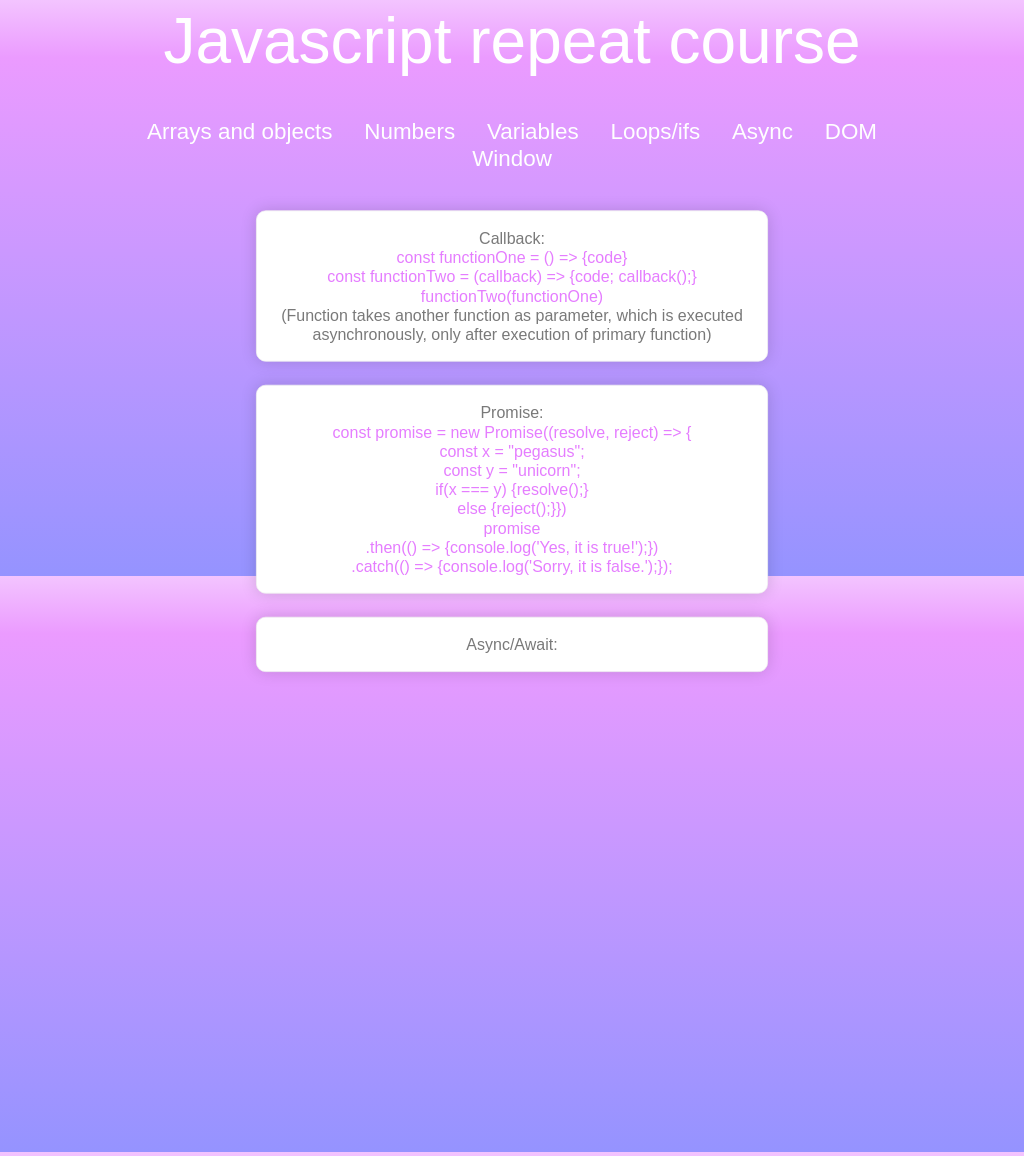
Repository: michalgornicki/javascript
Page: /#/Async
The author's editor kept a copy of each file at every save. The page is drawn from the files as they stood at one save, then again after the next save.
The browser window is 1280 px wide. The pictures show the whole page, at 80% of full size.
Backgrounds fixed to the window are drawn as part of the page. The project was rebuilt for these pictures with package versions that can differ from the ones it lists, and the page was loaded fresh each time. Also part of the build but not shown: src/index.css, src/components/arrays.jsx, src/components/variables.jsx, src/components/numbers.jsx, src/components/loops.jsx, src/components/DOM manipulation.jsx, src/components/window.jsx.

Above is the page before, as saved 2022-02-04 12:45:42.

### src/App.jsx
import React from "react";
import "./App.css";
import "bootstrap/dist/css/bootstrap.min.css";
import { Route, HashRouter as Router, Routes, Link } from "react-router-dom";
import Arrays from "./components/arrays.jsx"
import Variables from "./components/variables.jsx"
import Numbers from "./components/numbers.jsx"
import Loops from "./components/loops.jsx"
import Async from "./components/async.jsx"
import DOM from "./components/DOM manipulation.jsx"
import Window from "./components/window.jsx"

function App() {


  return (


    <Router>
    <div className="text-center">
      <div className="display-1 mt-1 mb-5 text-white">Javascript repeat course</div>

      <div className="h3 d-flex w-75 m-auto my-5 justify-content-evenly flex-wrap text-white">

      <Link className="link-style mx-3" to="/">Arrays and objects</Link>
      <Link className="link-style mx-3" to="/Numbers">Numbers</Link>
      <Link className="link-style mx-3" to="/Variables">Variables</Link>
      <Link className="link-style mx-3" to="/Loops">Loops/ifs</Link>
      <Link className="link-style mx-3" to="/Async">Async</Link>
      <Link className="link-style mx-3" to="/DOM">DOM</Link>
      <Link className="link-style mx-3" to="/Window">Window</Link>


      </div>

      <Routes>
          <Route path="/" element={<Arrays />} />
          <Route path="/Numbers" element={<Numbers />} />
          <Route path="/Variables" element={<Variables />} />
          <Route path="/Loops" element={<Loops />} />
          <Route path="/Async" element={<Async />} />
          <Route path="/DOM" element={<DOM />} />
          <Route path="/Window" element={<Window />} />
        </Routes>


    </div>
    </Router>
  );
}

export default App;

### src/App.css
body{
    font-family: Arial, Helvetica, sans-serif!important;
    overflow-x: hidden;
    padding-bottom: 80vh;
    height: auto;
    background: linear-gradient(rgb(243, 196, 255), rgb(235, 155, 255) 10%, rgb(149, 147, 255));
    background-attachment: fixed;
}

.js-item{
    color:rgb(121, 121, 121);
    background-color: white;
    transition: 0.2s;
    padding: 3vh;
    margin-bottom: 4vh!important;
    border: 1px solid rgb(240, 240, 240);
    width: 50%;
    margin-left: auto;
    margin-right: auto;
    box-shadow: 0px 0px 20px rgba(0, 0, 0, 0.15);
    border-radius: 0.75rem;
}

.js-item:hover{
    cursor: pointer;
    background-color: rgb(240, 240, 240);
}

.text-pink{
    color:rgb(229, 125, 255)!important;
}

.link-style{
    color: inherit;
    text-decoration: inherit;
}

.link-style:hover{
    color: rgb(229, 125, 255);
}

@media only screen and (max-device-width: 600px), (max-width: 600px) {

    .js-item{
        width: 95%;
    }

}

### src/components/async.jsx
const Async = () => {
  const functionOne = () => {
    console.log("aaa");
  };
  const functionTwo = (callback) => {
    console.log("bbb");
    callback();
  };
  functionTwo(functionOne);

  return (
    <div className="">
      <div className="js-item h5">
        {" "}
        <span className="">Callback: </span> <br />
        <span className="text-pink">{`const functionOne = () => {code}`}</span> <br />
        <span className="text-pink">{`const functionTwo = (callback) => {code; callback();}`}</span> <br />
        <span className="text-pink">{`functionTwo(functionOne)`}</span> <br /> (Function takes another function as parameter, which is executed asynchronously, only after execution of primary function)
      </div>
      <div className="js-item h5">
        {" "}
        <span className="">Promise: </span> <br />
        <span className="text-pink">{`const promise = new Promise((resolve, reject) => {`}</span> <br />
        <span className="text-pink">{`const x = "pegasus";`}</span> <br />
        <span className="text-pink">{`const y = "unicorn";`}</span> <br />
        <span className="text-pink">{` if(x === y) {resolve();}`}</span> <br />
        <span className="text-pink">{` else {reject();}})`}</span> <br />
        <span className="text-pink">{`promise`}</span> <br />
        <span className="text-pink">{`.then(() => {console.log('Yes, it is true!');})`}</span> <br />
        <span className="text-pink">{`.catch(() => {console.log('Sorry, it is false.');});`}</span> <br />
      </div>
      <div className="js-item h5">
        {" "}
        <span className="">Async/Await: </span> <br />

      </div>
    </div>
  );
};

export default Async;

Loaded but not shown: public/index.html (common file); src/index.js (common file); src/reportWebVitals.js (common file)

After the next save:
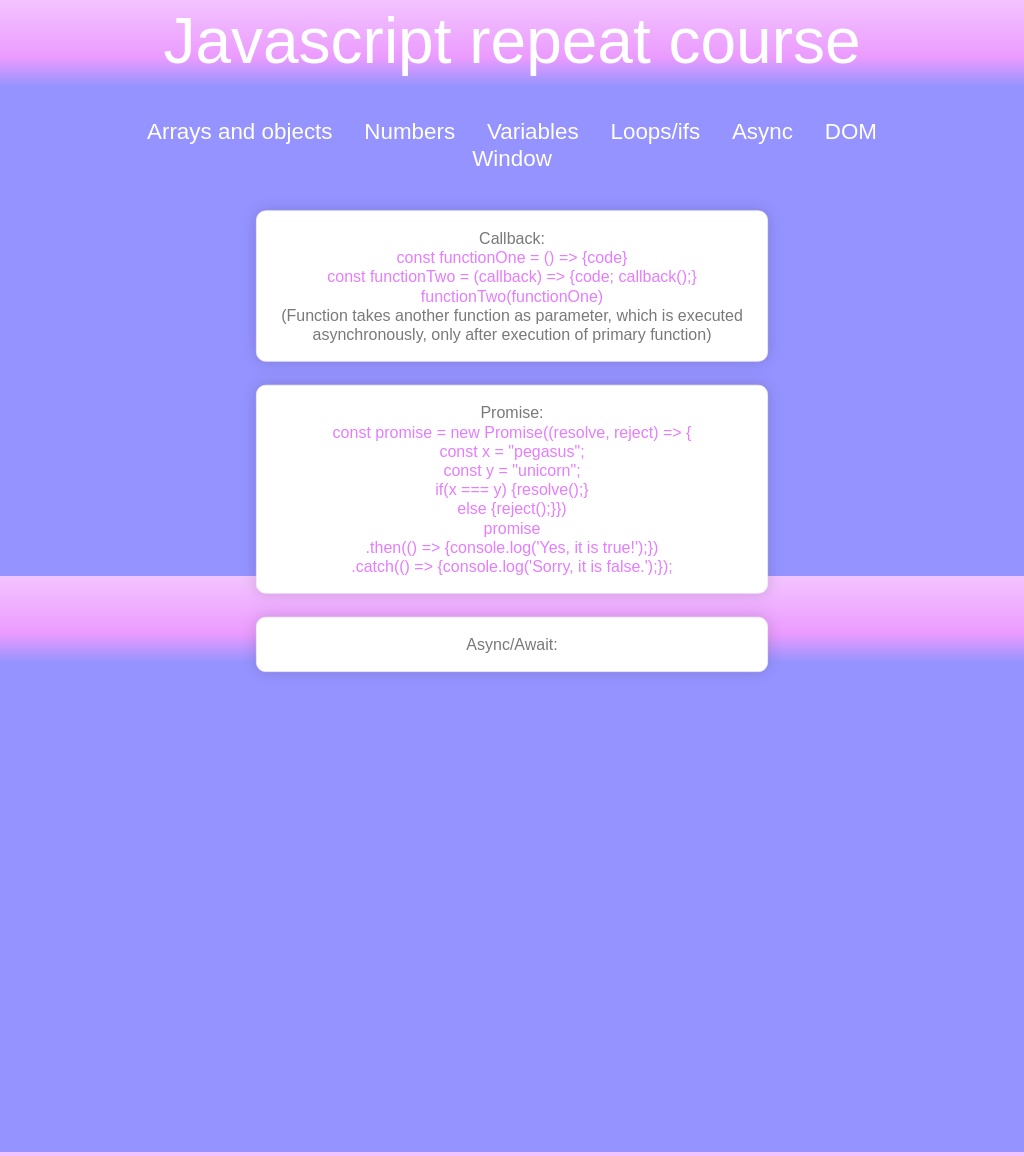
Saved 7 s later.
--- a/src/App.css
+++ b/src/App.css
@@ -3,7 +3,7 @@ body{
     overflow-x: hidden;
     padding-bottom: 80vh;
     height: auto;
-    background: linear-gradient(rgb(243, 196, 255), rgb(235, 155, 255) 10%, rgb(149, 147, 255));
+    background: linear-gradient(rgb(243, 196, 255), rgb(235, 155, 255) 10%, rgb(149, 147, 255) 15%);
     background-attachment: fixed;
 }
 
